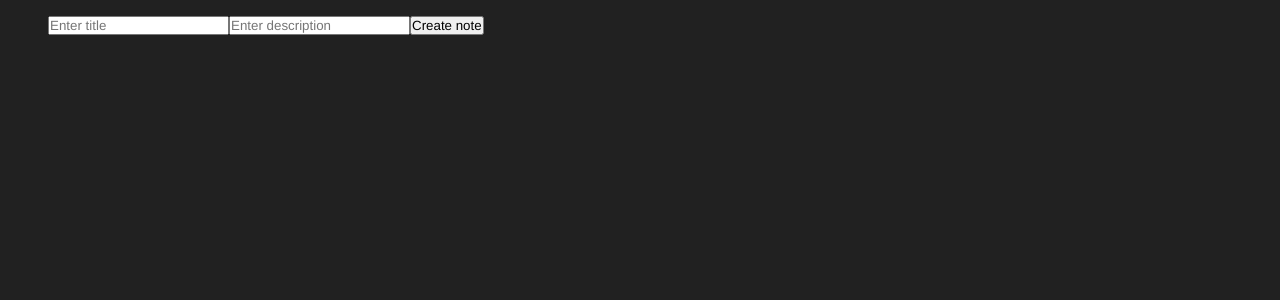
Repository: nileshwankhede03/The-Origin-Backend
Page: / (app in Fullstack/Frontend/FrontEnd/)
These files come from the project's save history. The page is drawn as it stood at one moment and after a run of saves; the edit follows.
The browser window is 1280 px wide. The pictures show the whole page.
The page's requests for data from a server got no answer. The project was rebuilt for these pictures with package versions that can differ from the ones it lists, and the page was loaded fresh each time. No one was signed in, and anything a server would have sent is missing. Also part of the build but not shown: Fullstack/Frontend/FrontEnd/vite.config.js.

Above is the page before, as saved 2026-02-02 22:28:23.

### Fullstack/Frontend/FrontEnd/src/main.jsx
import { StrictMode } from 'react'
import { createRoot } from 'react-dom/client'
import './index.css'
import App from './App.jsx'

createRoot(document.getElementById('root')).render(<App />);

### Fullstack/Frontend/FrontEnd/src/index.css
* {
    margin: 0;
    padding: 0;
    box-sizing: border-box;
    font-family: 'Helvetica Neue';
}

html, body, #root {
    height: 100%;
    width: 100%;
}

html{
  background-color: #212121;
}


.notes{
  display: flex;
  gap: 1rem;
  padding-block: 1rem;
  padding-inline: 3rem;
  flex-wrap: wrap;
}

.note{
  background-color: #494949;
  padding: 1rem;
  border-radius: 0.7rem;
  max-width: 20rem;
  color: rgb(255, 253, 249);
}

.note-create-form{
  height: 1rem;
  max
  display: flex;
  gap: 1rem;
  padding-inline: 3rem;
  padding-block: 1rem;
}

### Fullstack/Frontend/FrontEnd/src/App.jsx
import React, { useEffect, useState } from 'react'
import axios from 'axios'
const App = () => {

  const [notes, setNotes] = useState([]);

  console.log("Hello Integration");

  function fetchNotes()
  {
    axios.get('http://localhost:3000/api/notes')
    .then((res)=>{
      // console.log(res.data.notes);
      const {notes} = res.data;
      setNotes(notes);
    })
  }

  useEffect(()=>{
    fetchNotes()
  },[]);




  return (
    <>
      <form className='note-create-form'  >
        <input name='title' type="text" placeholder='Enter title' />
        <input name='description' type="text" placeholder='Enter description' />
        <button>Create note</button>
      </form>

      <div className="notes">
        {notes.map((element, index) => (
          <div key={index} className="note">
            <h1>{element.title}</h1>
            <p>{element.description}</p>
          </div>
        ))}
      </div>
    </>
  )
}

export default App

Loaded but not shown: Fullstack/Frontend/FrontEnd/index.html (common file)

After the next 2 saves:
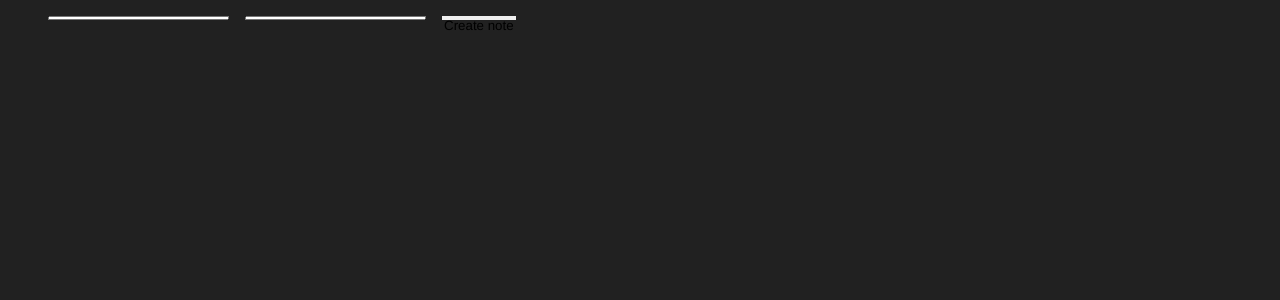
The 2 saves are shown as one change because they came seconds apart.
The last was saved 6 s later.
--- a/Fullstack/Frontend/FrontEnd/src/index.css
+++ b/Fullstack/Frontend/FrontEnd/src/index.css
@@ -33,7 +33,7 @@ html{
 
 .note-create-form{
   height: 1rem;
-  max
+  width: ;
   display: flex;
   gap: 1rem;
   padding-inline: 3rem;
